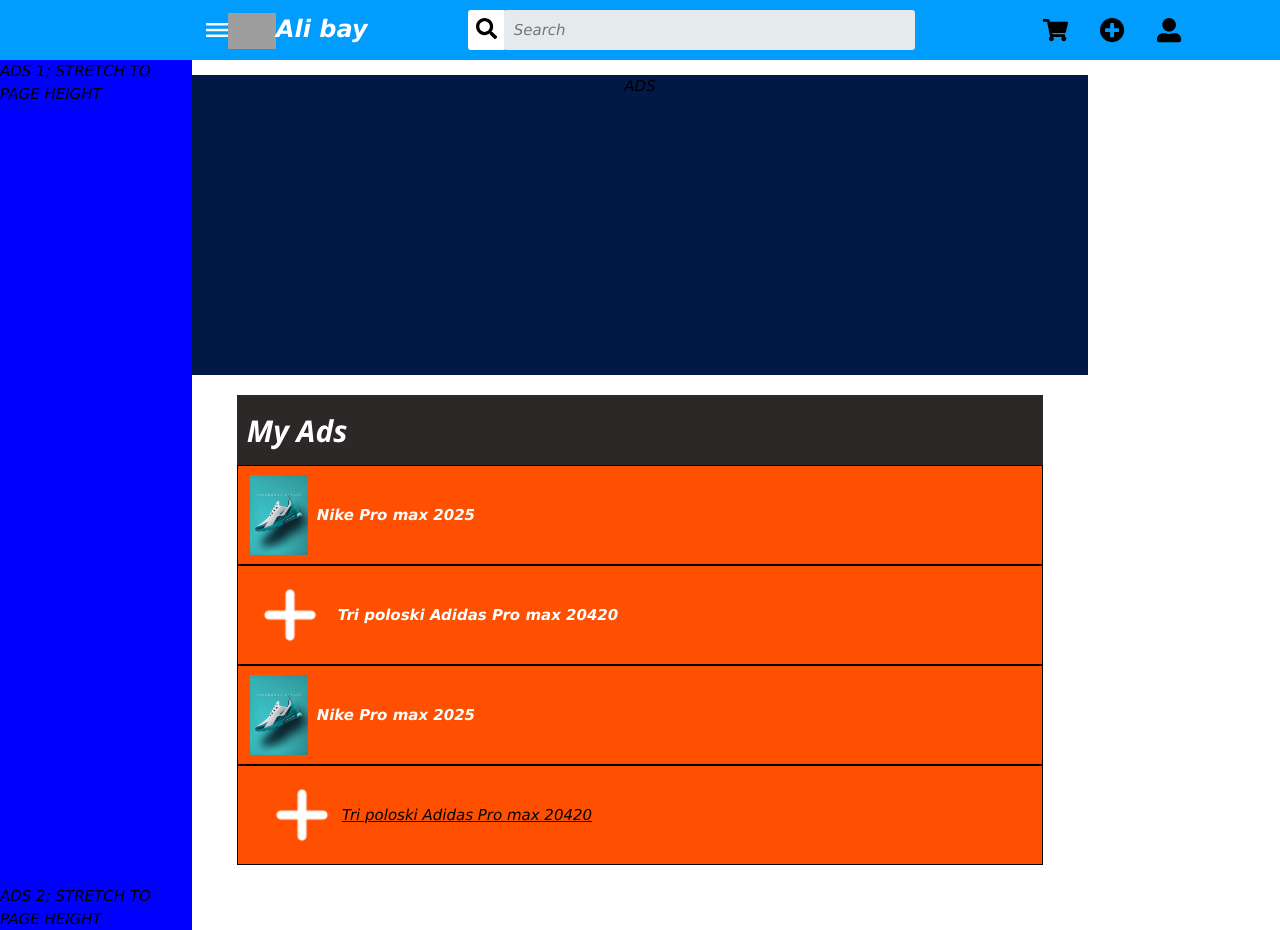
Repository: Aramys21/alibay-site
Page: public/ad_list.html
An editor plug-in stored every save of this project. The page is shown before and after the next save, followed by the edit.
The browser window is 1280 px wide. The pictures show the whole page.
Pictures or frames that could not be fetched are drawn as grey boxes.

Above is the page before, as saved 2023-04-05 13:14:14.

After the next save:
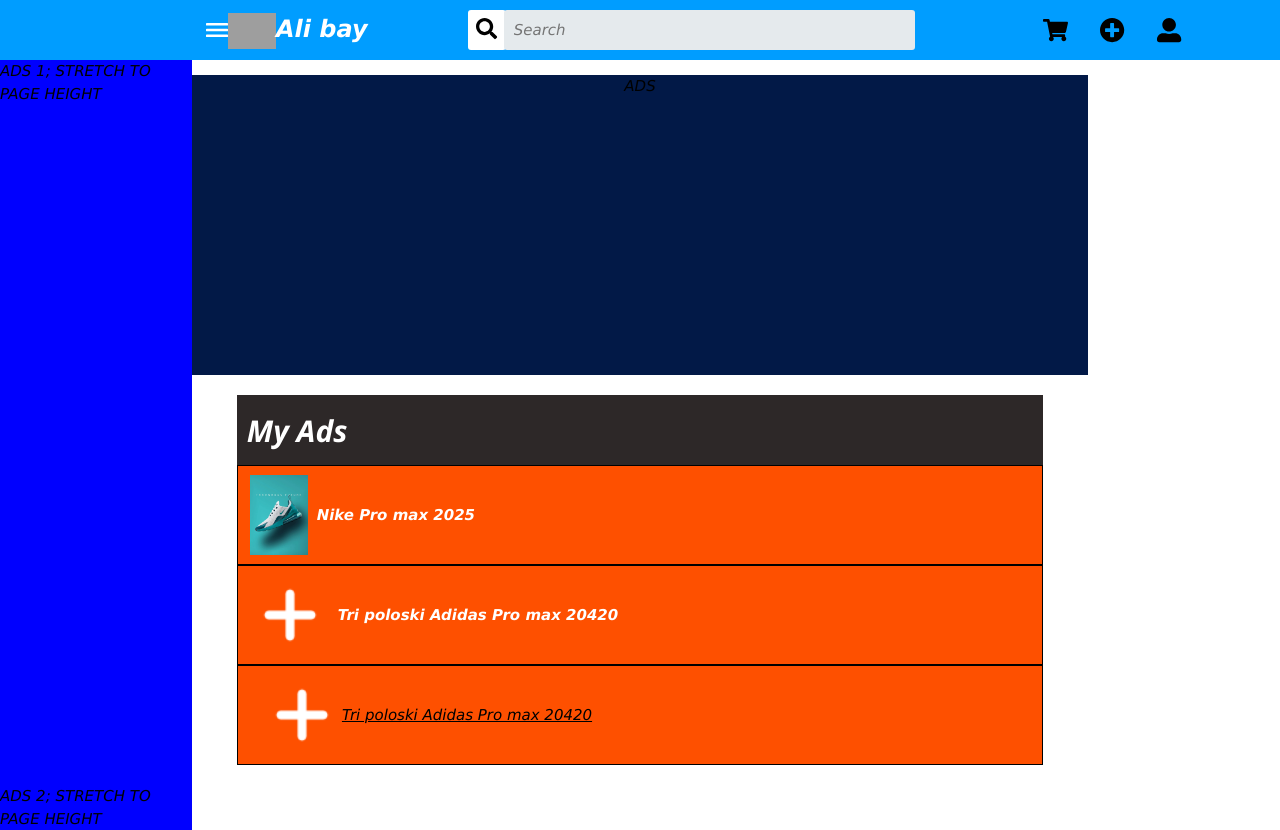
Saved 5 s later.
--- a/public/ad_list.html
+++ b/public/ad_list.html
@@ -117,10 +117,7 @@
 			<!-- single item end -->
 
 			<!-- Single item start -->
-			<div class="list-item">
-				<a><img src="src/images/ades (1).png"></a>
-				<a>Nike Pro max 2025</a>
-			</div>
+
 			<!-- single item end -->
 
 			<!-- Single item start -->
